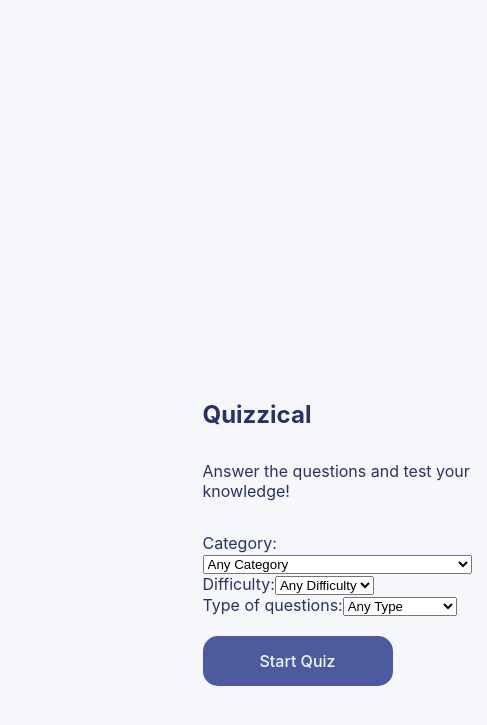
Repository: alexandruvisan19/Quizzical
Page: /
An editor plug-in stored every save of this project. The page is shown before and after a run of saves, followed by the edit.
The browser window is 375 px wide. The page is 487 px wide, then 375 px, so the pictures cover 487 px, including what lies to the right of the window. The pictures show the whole page.
The project was rebuilt for these pictures with package versions that can differ from the ones it lists, and the page was loaded fresh each time. Also part of the build but not shown: src/components/QuestionsAndAnswers/QuestionsAndAnswers.css, src/components/Question/Question.css, src/components/Question/Question.tsx, src/services/getQuestions.tsx, src/components/QuestionsAndAnswers/QuestionsAndAnswers.tsx.

Above is the page before, as saved 2022-08-04 08:54:14.

### src/index.tsx
import React from "react";
import ReactDOM from "react-dom/client";
import "./index.css";
import App from "./App";
import reportWebVitals from "./reportWebVitals";

const root = ReactDOM.createRoot(document.getElementById("root") as HTMLElement);
root.render(<App />);

// If you want to start measuring performance in your app, pass a function
// to log results (for example: reportWebVitals(console.log))
// or send to an analytics endpoint. Learn more: https://bit.ly/CRA-vitals
reportWebVitals();

### src/index.css
body {
	margin: 0;
	font-family: -apple-system, BlinkMacSystemFont, "Segoe UI", "Roboto", "Oxygen", "Ubuntu", "Cantarell", "Fira Sans",
		"Droid Sans", "Helvetica Neue", sans-serif;
	-webkit-font-smoothing: antialiased;
	-moz-osx-font-smoothing: grayscale;
	background-color: #f5f7fb;
	color: #293264;
}

code {
	font-family: source-code-pro, Menlo, Monaco, Consolas, "Courier New", monospace;
}

.btn-primary {
	background-color: #4d5b9e;
	color: #f5f7fb;
	font-family: "Inter", sans-serif;
	font-weight: 500;
	font-size: 1em;
	border-radius: 15px;
	width: 190px;
	height: 50px;
	border: 0;
	cursor: pointer;
	z-index: 100;
	margin-top: 20px;
}

.btn-primary:active {
	box-shadow: 3px 3px 10px 0px rgba(0, 0, 0, 0.75) inset;
}

### src/App.tsx
import React, { useState } from "react";
import "./App.css";
import QuestionsAndAnswers from "./components/QuestionsAndAnswers/QuestionsAndAnswers";
import "react-toastify/dist/ReactToastify.css";
import { ToastContainer } from "react-toastify";

function App() {
	const [startQuiz, setStartQuiz] = useState(false);
	const [showNoQuestionsError, setShowNoQuestionsError] = useState(false);
	const [quizOptions, setQuizOptions] = useState({
		category: "",
		difficulty: "",
		type: "",
	});

	const startQuizHandler = () => setStartQuiz((prevStartQuiz) => !prevStartQuiz);

	const handleNoQuestionsError = (boolean: any) => setShowNoQuestionsError(boolean);

	const changeQuizHandler = (e: any) => {
		setQuizOptions((prevQuizOptions) => {
			return { ...prevQuizOptions, [e.target.name]: e.target.value };
		});
	};

	return (
		<>
			<div className="App">
				{startQuiz ? (
					<div className="game-intro">
						<QuestionsAndAnswers
							quizOptions={quizOptions}
							startQuizHandler={startQuizHandler}
							handleNoQuestionsError={handleNoQuestionsError}
						/>
					</div>
				) : (
					<section className="game-intro">
						<h1 className="game-title">Quizzical</h1>
						<p className="game-text">Answer the questions and test your knowledge!</p>

						{showNoQuestionsError && (
							<h2 className="noQuestions-text">Oops! We couldn't find any questions with these options!</h2>
						)}

						<div className="gameOptions-container">
							<div className="select-container">
								<label className="custom-label" htmlFor="category">
									Category:
								</label>

								<select onChange={changeQuizHandler} name="category" id="category" className="custom-select">
									<option value="">Any Category</option>
									<option value="9">General Knowledge</option>
									<option value="10">Entertainment: Books</option>
									<option value="11">Entertainment: Film</option>
									<option value="12">Entertainment: Music</option>
									<option value="13">Entertainment: Musicals &amp; Theatres</option>
									<option value="14">Entertainment: Television</option>
									<option value="15">Entertainment: Video Games</option>
									<option value="16">Entertainment: Board Games</option>
									<option value="17">Science &amp; Nature</option>
									<option value="18">Science: Computers</option>
									<option value="19">Science: Mathematics</option>
									<option value="20">Mythology</option>
									<option value="21">Sports</option>
									<option value="22">Geography</option>
									<option value="23">History</option>
									<option value="24">Politics</option>
									<option value="25">Art</option>
									<option value="26">Celebrities</option>
									<option value="27">Animals</option>
									<option value="28">Vehicles</option>
									<option value="29">Entertainment: Comics</option>
									<option value="30">Science: Gadgets</option>
									<option value="31">Entertainment: Japanese Anime &amp; Manga</option>
									<option value="32">Entertainment: Cartoon &amp; Animations</option>
								</select>
							</div>

							<div className="select-container">
								<label className="custom-label" htmlFor="difficulty">
									Difficulty:
								</label>

								<select onChange={changeQuizHandler} name="difficulty" id="difficulty" className="custom-select">
									<option value="">Any Difficulty</option>
									<option value="easy">Easy</option>
									<option value="medium">Medium</option>
									<option value="hard">Hard</option>
								</select>
							</div>

							<div className="select-container">
								<label className="custom-label" htmlFor="type">
									Type of questions:
								</label>

								<select onChange={changeQuizHandler} name="type" id="type" className="custom-select">
									<option value="">Any Type</option>
									<option value="multiple">Multiple Choice</option>
									<option value="boolean">True / False</option>
								</select>
							</div>
						</div>

						<button onClick={startQuizHandler} className="btn-primary">
							Start Quiz
						</button>
					</section>
				)}
			</div>
			<ToastContainer />
		</>
	);
}

export default App;

### src/App.css
.game-intro {
	position: absolute;
	top: 50%;
	left: 50%;
	transform: translate(-50%, -50%);
	padding: 0 15px;
}

.game-intro h1 {
	margin: 0;
}

.game-intro p {
	margin: 2em 0 2em 0;
	font-family: "Inter", sans-serif;
	font-weight: 400;
	font-size: 1em;
}

.container button {
	background-color: #4d5b9e;
	color: #fff;
	border-radius: 12px;
	border: none;
	padding: 15px 40px;
	font-size: 20px;
	cursor: pointer;
}

.container button:hover {
	background-color: #6070c4;
}

@media (prefers-reduced-motion: no-preference) {
	.App-logo {
		animation: App-logo-spin infinite 20s linear;
	}
}

.App-header {
	background-color: #282c34;
	min-height: 100vh;
	display: flex;
	flex-direction: column;
	align-items: center;
	justify-content: center;
	font-size: calc(10px + 2vmin);
	color: white;
}

.App-link {
	color: #61dafb;
}

@keyframes App-logo-spin {
	from {
		transform: rotate(0deg);
	}
	to {
		transform: rotate(360deg);
	}
}

@media screen and (max-width: 450px) {
	.game-intro {
		transform: inherit;
	}
}

Loaded but not shown: public/index.html (common file); src/reportWebVitals.ts (common file)

After the next 2 saves:
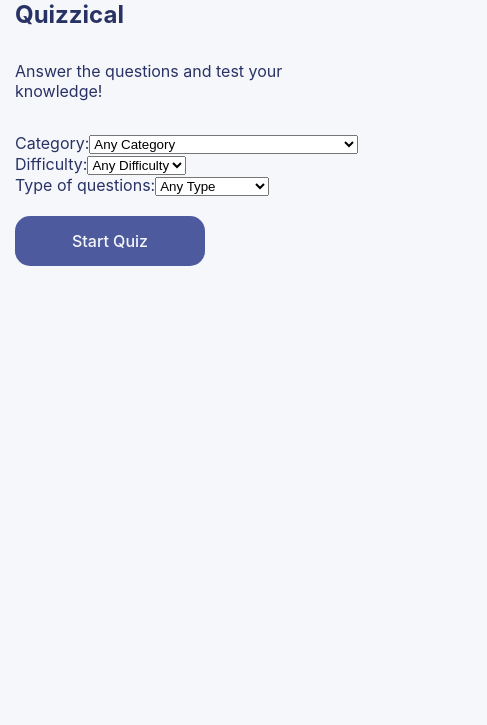
The 2 saves are shown as one change because they came seconds apart.
The last was saved 22 s later.
--- a/src/App.css
+++ b/src/App.css
@@ -61,8 +61,9 @@
 	}
 }
 
-@media screen and (max-width: 450px) {
+@media screen and (max-width: 750px) {
 	.game-intro {
+		position: inherit;
 		transform: inherit;
 	}
 }
